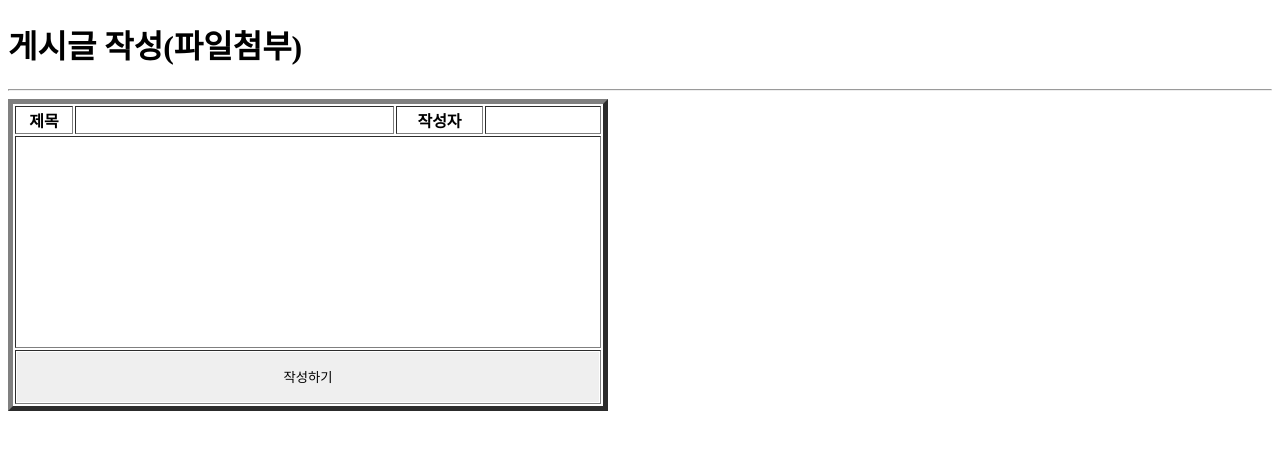
Repository: bbookk1104/spring-workspace
Page: http://localhost/02_SpringMVC_CRUD/boardWriteFrm2.do
These files come from the project's save history. The page is drawn as it stood at one moment and after the next save; the edit follows.
The browser window is 1280 px wide. The pictures show the whole page.
The page is served by Tomcat 9. Other server files are loaded and not shown.

Above is the page before, as saved 2022-10-04 06:48:34.

### 02_SpringMVC_CRUD/src/main/webapp/WEB-INF/views/board/boardWriteFrm2.jsp
<%@ page language="java" contentType="text/html; charset=UTF-8"
    pageEncoding="UTF-8"%>
<!DOCTYPE html>
<html>
<head>
<meta charset="UTF-8">
<title>Insert title here</title>
<style>
	input:focus, textarea:focus{
		outline:0;
	}
</style>
</head>
<body>
	<h1>게시글 작성(파일첨부)</h1>
	<hr>
	<form action="/boardWrite.do" method="post">
		<table style="width:600px" border=5>
			<tr>
				<th style="width:10%">제목</th>
				<td style="width:55%">
					<input type="text" name="boardTitle" style="border:0; width:98.5%;">
				</td>
				<th style="width:15%">작성자</th>
				<td style="width:20%">
					<input type="text" name="boardWriter" value="${memberId }" style="border:0; width:97%;" readonly>
				</td>
			</tr>
			<tr>
				<td colspan="4">
					<textarea name="boardContent" style="border:0; width:99.5%; resize:none; height:200px"></textarea>
				</td>
			</tr>
			<tr>
				<td colspan="4">
					<input type="submit" value="작성하기" style="border:0; width:100%; height:50px">
				</td>
			</tr>
		</table>
	</form>
</body>
</html>

After the next save:
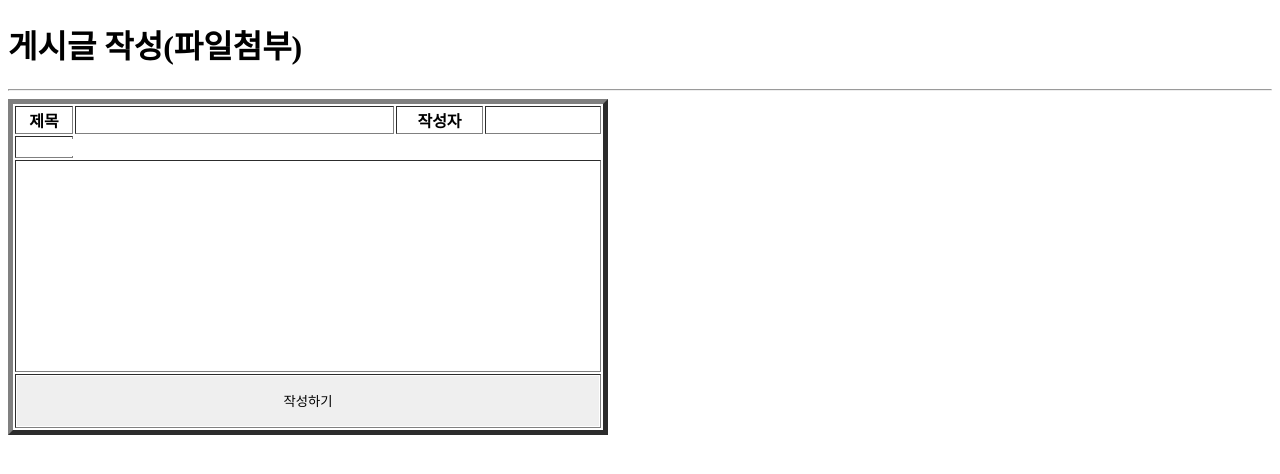
Saved 50 s later.
--- a/02_SpringMVC_CRUD/src/main/webapp/WEB-INF/views/board/boardWriteFrm2.jsp
+++ b/02_SpringMVC_CRUD/src/main/webapp/WEB-INF/views/board/boardWriteFrm2.jsp
@@ -27,6 +27,9 @@
 				</td>
 			</tr>
 			<tr>
+				<td><input type="text" name="file" style="border:0; width:98.5%;"></td>
+			</tr>
+			<tr>
 				<td colspan="4">
 					<textarea name="boardContent" style="border:0; width:99.5%; resize:none; height:200px"></textarea>
 				</td>
